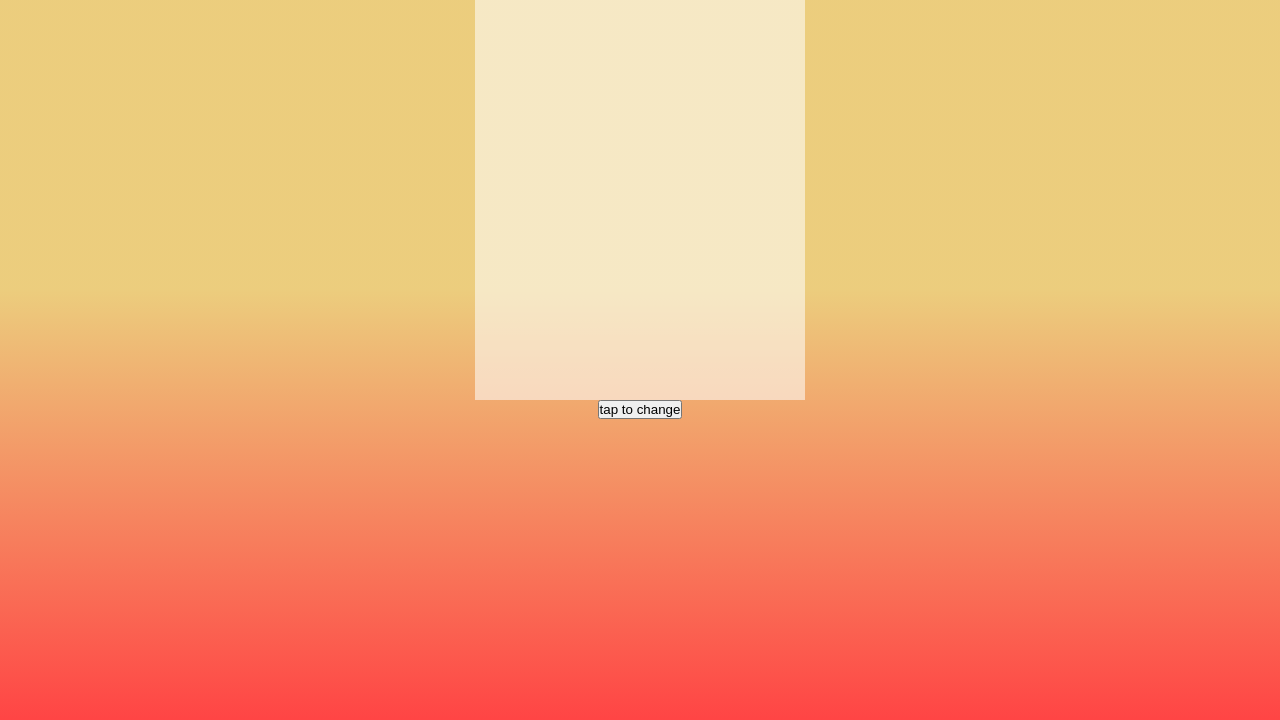
Repository: ThanhThn/profile
Page: index.html
The author's editor kept a copy of each file at every save. The page is drawn from the files as they stood at one save, then again after the next save.
The browser window is 1280 px wide. The pictures show the whole page.

Above is the page before, as saved 2022-12-04 23:37:52.

### index.html
<!DOCTYPE html>
<html lang="en">
<head>
    <meta charset="UTF-8">
    <meta http-equiv="X-UA-Compatible" content="IE=edge">
    <meta name="viewport" content="width=device-width, initial-scale=1.0">
    <title>Document</title>
    <link rel="stylesheet" href="style.css">
</head>
<body>
    <div class="container">
        <div class="content"></div>
        <button>tap to change</button>
    </div>
</body>
</html>

### style.css
*{
    padding: 0;
    margin: 0;
    box-sizing: border-box;
}

body{
    background:  linear-gradient( to bottom, rgba(223, 172,39,60%) 40%, rgba(255,22,22,80%) 100% );
    width: 100%;
    height: 100vh;
}
.container{
    margin: auto auto;
    display: flex;
    flex-direction: column;
    align-items: center;
}

.content{
    width: 330px;
    height: 400px;
    background: rgba(255, 255, 255, 55%);
}

After the next save:
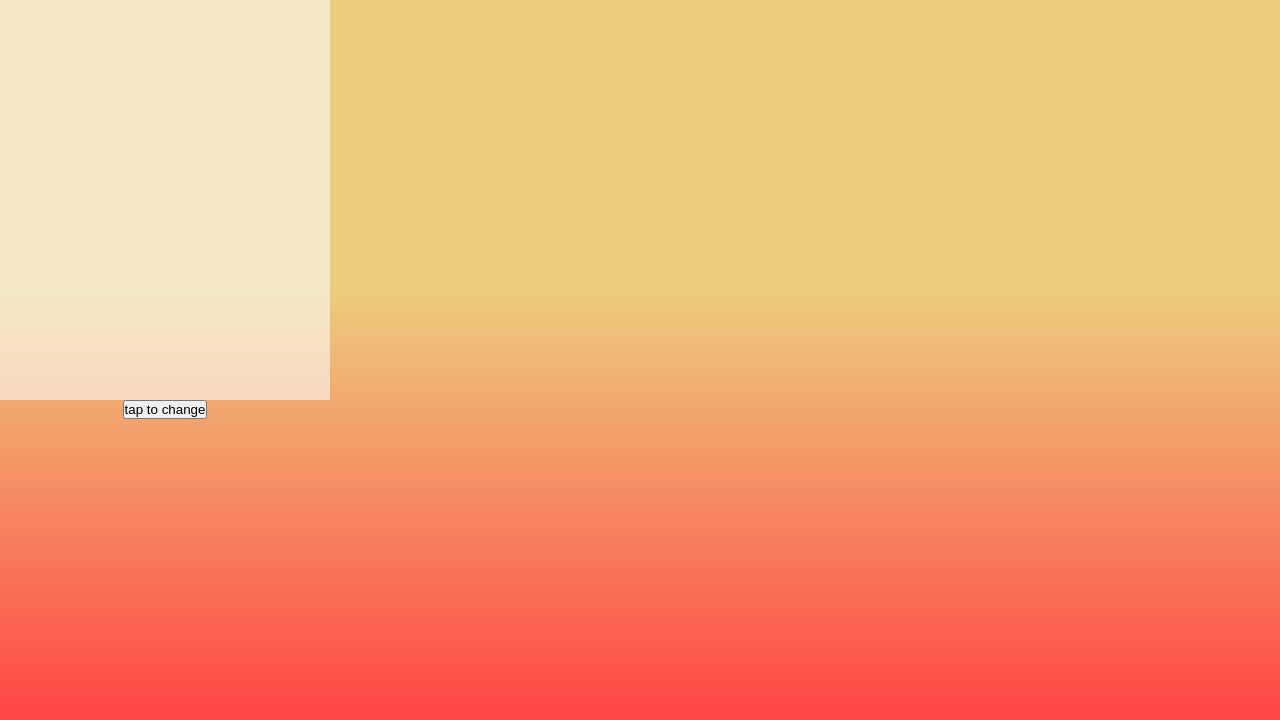
Saved 22 s later.
--- a/style.css
+++ b/style.css
@@ -10,7 +10,7 @@ body{
     height: 100vh;
 }
 .container{
-    margin: auto auto;
+    position: absolute;
     display: flex;
     flex-direction: column;
     align-items: center;
